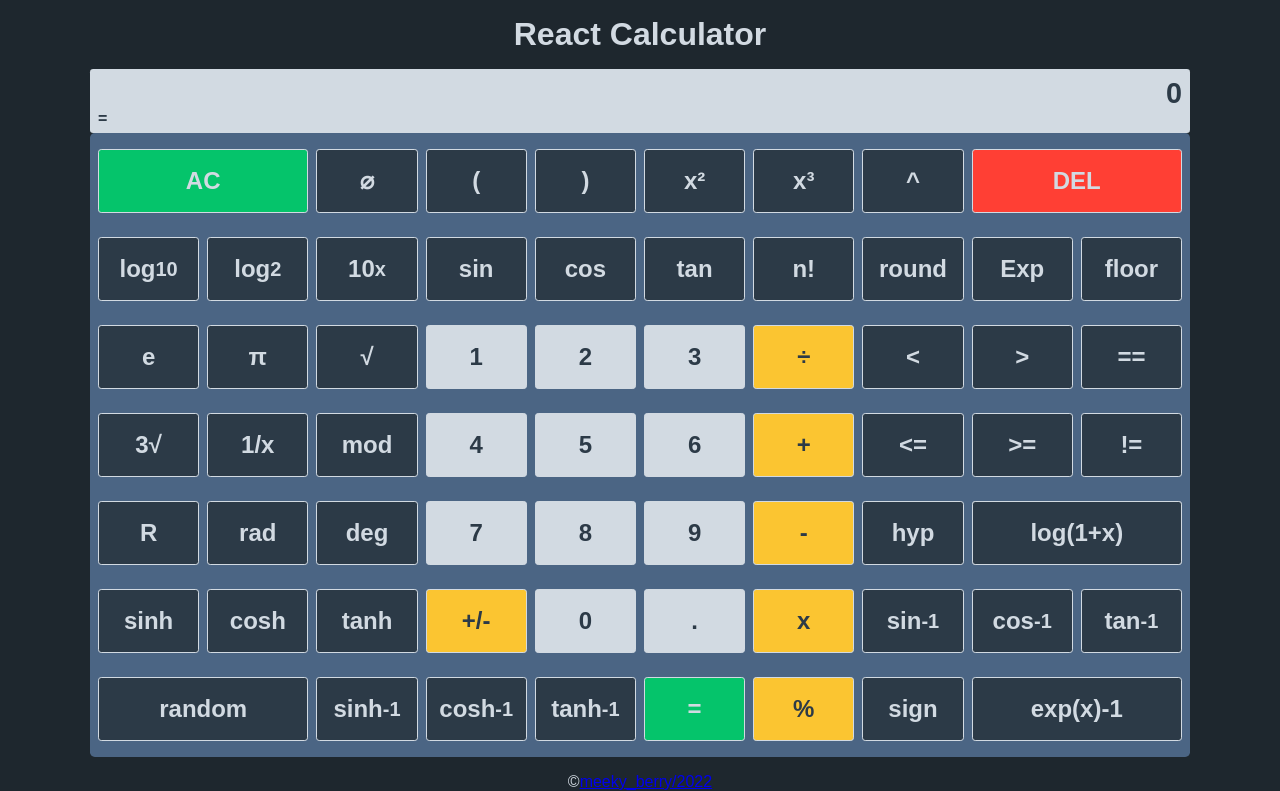
Repository: MikkyPrestige/calculator
Page: /
An editor plug-in stored every save of this project. The page is shown before and after the next save, followed by the edit.
The browser window is 1280 px wide. The pictures show the whole page.
The project was rebuilt for these pictures with package versions that can differ from the ones it lists, and the page was loaded fresh each time.

Above is the page before, as saved 2022-11-18 05:21:27.

### src/index.css
* {
  margin: 0;
  padding: 0;
  box-sizing: border-box;
}

body {
  font-family: 'Poppins', sans-serif;
  background: #1e272e;
}

.heading {
  color: #d2dae2;
  text-align: center;
  margin: 1rem;
}

.app-container {
  width: 100%;
  max-width: 1100px;
  margin: 1rem auto;
}

.display {
  background-color: #d2dae2;
  color: #2C3A47;
  height: 4rem;
  font-size: 1.8rem;
  font-weight: 700;
  display: flex;
  flex-direction: column;
  padding: .5rem;
  border-radius: .2rem;
}

.display-calc {
  display: flex;
  justify-content: flex-end;
  align-items: center;
}

.display-result {
  display: flex;
  justify-content: flex-start;
  align-items: center;
  font-size: 1rem;
  font-weight: 700;
}

.operators {
  display: grid;
  grid-template-columns: repeat(10, 1fr);
  grid-gap: .5rem;
  padding: .5rem;
  border-radius: .3rem;
  background-color: #4b6584;
  -webkit-border-radius: .3rem;
  -moz-border-radius: .3rem;
  -ms-border-radius: .3rem;
  -o-border-radius: .3rem;
}

.operator {
  background-color: #2C3A47;
  color: #d2dae2;
  font-size: 1.5rem;
  font-weight: 700;
  height: 4rem;
  display: flex;
  justify-content: center;
  align-items: center;
  border-radius: .2rem;
  border: 1px solid #d2dae2;
  margin: .5rem 0;
}

.operator:hover {
  background-color: #d2dae2;
  color: #2C3A47;
  cursor: pointer;
}

.operator:active {
  background-color: #2C3A47;
  color: #d2dae2;
}

.primary--operator {
  background-color: #fbc531;
  color: #2C3A47;
  font-size: 1.5rem;
  font-weight: 700;
  height: 4rem;
  display: flex;
  justify-content: center;
  align-items: center;
  border-radius: .2rem;
  border: 1px solid #d2dae2;
  margin: .5rem 0;
}
.digit {
  background-color: #d2dae2;
  color: #2C3A47;
  font-size: 1.5rem;
  font-weight: 700;
  height: 4rem;
  display: flex;
  justify-content: center;
  align-items: center;
  border-radius: .2rem;
  border: 1px solid #d2dae2;
  margin: .5rem 0;
}

.digit:hover {
  background-color: #2C3A47;
  color: #d2dae2;
  cursor: pointer;
}

.digit:active {
  background-color: #d2dae2;
  color: #2C3A47;
}

.clear {
  background-color: #05c46b;
  color: #d2dae2;
  grid-column: 1 / 3;
  grid-row: 1 / 2;
}

.clear:hover {
  background-color: #d2dae2;
  color: #05c46b;
}

.clear:active {
  background-color: #05c46b;
  color: #d2dae2;
}

.delete {
  background-color: #ff3f34;
  color: #d2dae2;
  grid-column: 9 / -1;
  grid-row: 1 / 2;
}

.delete:hover {
  background-color: #d2dae2;
  color: #ff3f34;
}

.delete:active {
  background-color: #ff3f34;
  color: #d2dae2;
}

.equalTo {
  background-color: #05c46b;
  color: #d2dae2;
  grid-column: 6 / 7;
  grid-row: 7 / 8;
}

.equal:hover {
  background-color: #d2dae2;
  color: #05c46b;
}

.equal:active {
  background-color: #05c46b;
  color: #d2dae2;
}

.divide {
  grid-column: 7 / 8;
  grid-row: 3 / 4;
}

.greater {
  grid-column: 8 / 9;
  grid-row: 3 / 4;
}

.less {
  grid-column: 9 / 10;
  grid-row: 3 / 4;
}

.equal {
  grid-column: 10 / 11;
  grid-row: 3 / 4;
}

.greaterTo {
  grid-column: 8 / 9;
  grid-row: 4 / 5;
}

.lessTo {
  grid-column: 9 / 10;
  grid-row: 4 / 5;
}

.notequal {
  grid-column: 10 / 11;
  grid-row: 4 / 5;
}

.plus {
  grid-column: 7 / 8;
  grid-row: 4 / 5;
}

.cubeRoot {
  grid-column: 1 / 2;
  grid-row: 4 / 5;
}

.reciprocal {
  grid-column: 2 / 3;
  grid-row: 4 / 5;
}

.modulo {
  grid-column: 3 / 4;
  grid-row: 4 / 5;
}

.radius {
  grid-column: 1 / 2;
  grid-row: 5 / 6;
}

.radian {
  grid-column: 2 / 3;
  grid-row: 5 / 6;
}

.degree {
  grid-column: 3 / 4;
  grid-row: 5 / 6;
}

.minus {
  grid-column: 7 / 8;
  grid-row: 5 / 6;
}

.hyp {
  grid-column: 8 / 9;
  grid-row: 5 / 6;
}

.log {
  grid-column: 9 / 11;
  grid-row: 5 / 6;
}

.sinH {
  grid-column: 1 / 2;
  grid-row: 6 / 7;
}

.cosH {
  grid-column: 2 / 3;
  grid-row: 6 / 7;
}

.tanH {
  grid-column: 3 / 4;
  grid-row: 6 / 7;
}

.random {
  grid-column: 1 / 3;
  grid-row: 7 / 8;
}

.exp {
  grid-column: 9 / -1;
  grid-row: 7 / 8;
}

.dot {
  grid-column: 6 / 7;
  grid-row: 6 / 7;
  background-color: #d2dae2;
  color: #2C3A47;
}

.dot:hover {
  background-color: #2C3A47;
  color: #d2dae2;
}

.dot:active {
  background-color: #d2dae2;
  color: #2C3A47;
}

.percentage {
  grid-column: 7 / 8;
  grid-row: 7 / 8;
}

.attribution {
  color: #d2dae2;
  text-align: center;
}

Loaded but not shown: public/index.html (common file); src/index.js (common file); src/App.js (755 lines, source omitted)

After the next save:
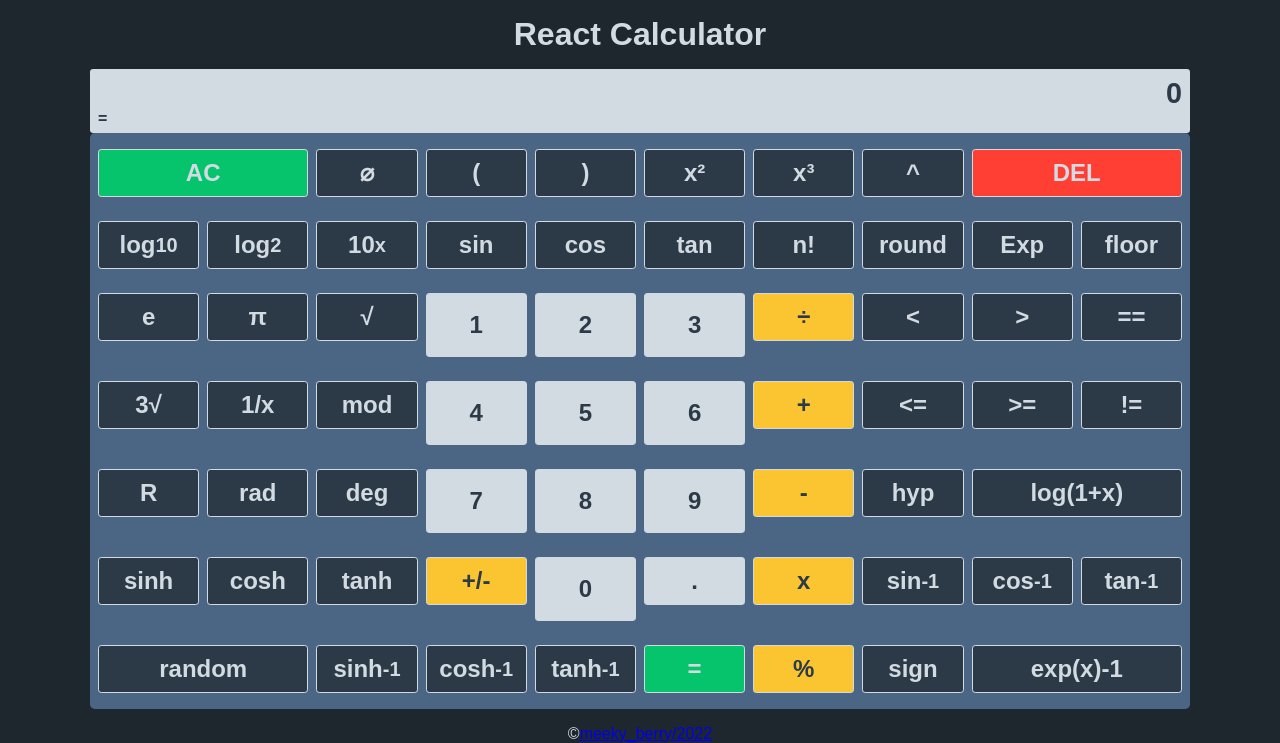
Saved 11 s later.
--- a/src/index.css
+++ b/src/index.css
@@ -65,7 +65,7 @@ body {
   color: #d2dae2;
   font-size: 1.5rem;
   font-weight: 700;
-  height: 4rem;
+  height: 3rem;
   display: flex;
   justify-content: center;
   align-items: center;
@@ -90,7 +90,7 @@ body {
   color: #2C3A47;
   font-size: 1.5rem;
   font-weight: 700;
-  height: 4rem;
+  height: 3rem;
   display: flex;
   justify-content: center;
   align-items: center;
